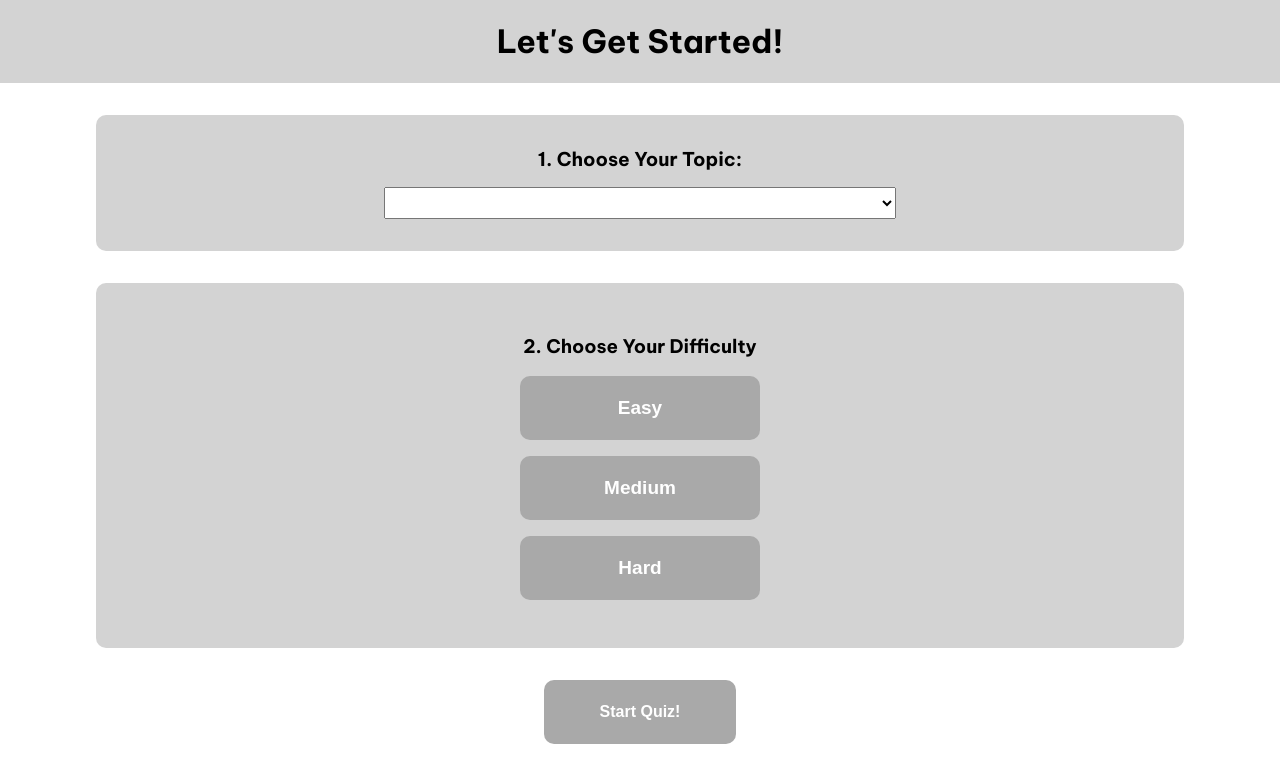
Repository: SaraShio/trivia_game
Page: index.html
The author's editor kept a copy of each file at every save. The page is drawn from the files as they stood at one save, then again after the next save.
The browser window is 1280 px wide. The pictures show the whole page.
The page's requests for data from a server got no answer.

Above is the page before, as saved 2023-05-02 15:32:10.

After the next save:
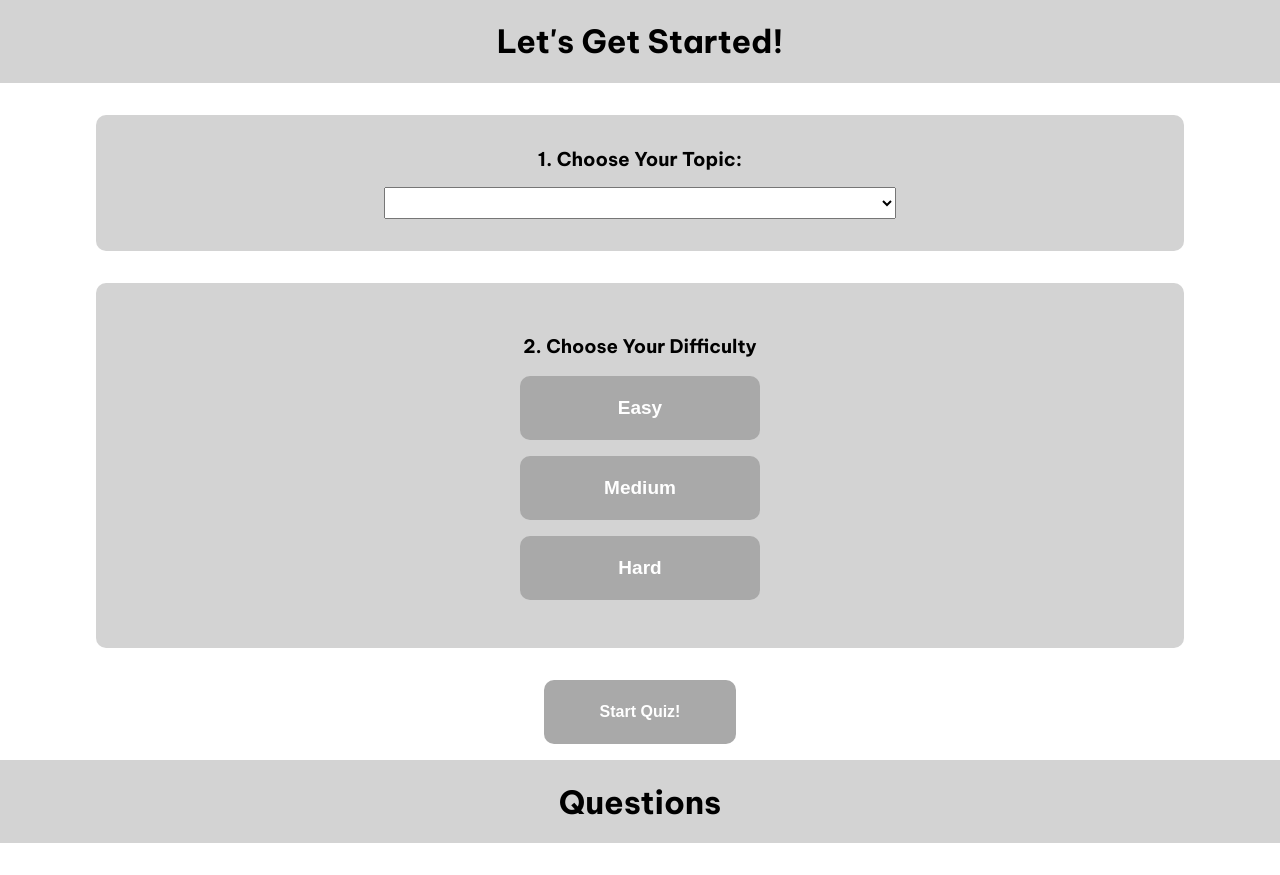
Saved 91 s later.
--- a/index.html
+++ b/index.html
@@ -20,12 +20,20 @@
         </div>
         <div class="difficulty">
             <h3>2. Choose Your Difficulty</h3>
-            <button class="level">Easy</button>
+            <button class="level active">Easy</button>
             <button class="level">Medium</button>
             <button class="level">Hard</button>
         </div>
         <button class="start">Start Quiz!</button>
     </div>
+
+    <div class="container hidden" id="quiz">
+        <div class="header">
+            <h1>Questions</h1>
+        </div>
+
+        <div id="questions"></div>
+    </div>
 </body>
 
 </html>

After the 3 saves that followed:
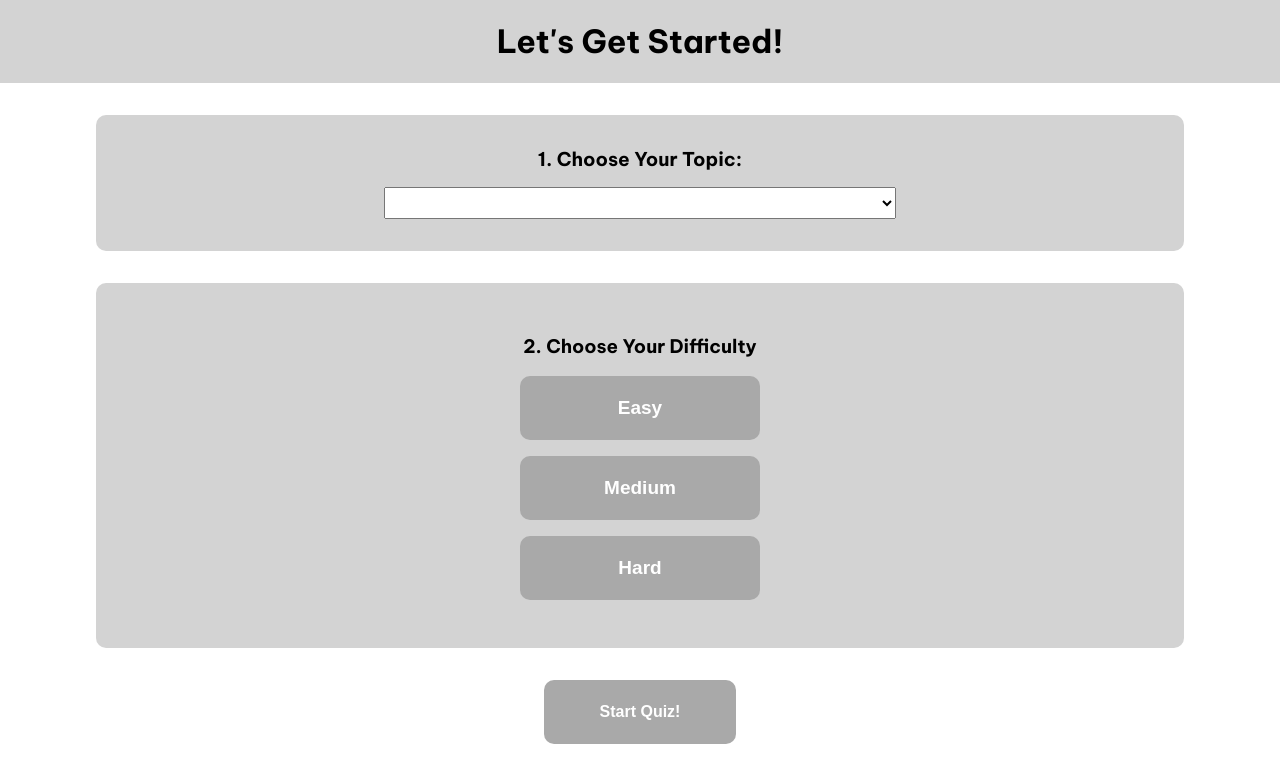
The 3 saves are shown as one change because 2 left the picture as it was.
The last was saved 4 min 40 s later.
--- a/src/main.js
+++ b/src/main.js
@@ -1,4 +1,4 @@
-import { getCategories } from './process-data.js'
+import { getCategories, getQuestions } from './process-data.js'
 
 getCategories().then(data => {
     displayInDropdown(data);
@@ -14,3 +14,32 @@ var displayInDropdown = function (data) {
         document.querySelector('#getCategories').innerHTML = html;
     }
 }
+
+
+var difficulty = "Easy";
+var buttons = document.querySelectorAll(".level");
+
+buttons.forEach((button) => {
+    button.addEventListener('click', (e) => {
+        e.preventDefault();
+        difficulty = button.innerHTML;
+        buttons.forEach((button) => {
+            button.classList.remove('active');
+        });
+        button.classList.add('active');
+        console.log(difficulty);
+    });
+});
+
+var startButton = document.querySelector('.start');
+startButton.addEventListener('click', (e) => {
+    e.preventDefault();
+    var category = document.querySelector('#getCategories').value;
+    if (category === "") {
+        alert("Please select a category");
+    } else {
+        getQuestions(category, difficulty).then(data => {
+            console.log(data);
+        });
+    }
+});
--- a/styles.css
+++ b/styles.css
@@ -10,6 +10,10 @@ body {
     flex-direction: column;
     align-items: center;
     gap: 2rem;
+}
+
+.hidden {
+    display: none;
 }
 
 .header {
